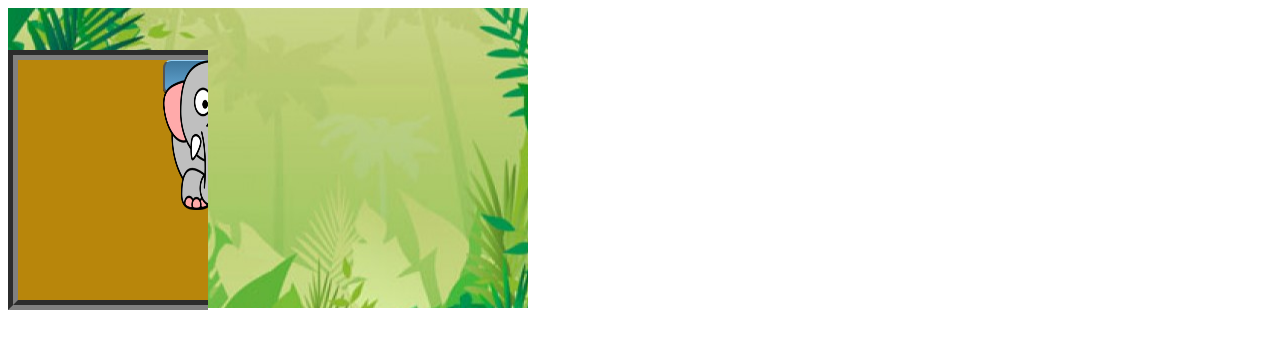
Repository: RathipriyaChandrasekaran/dotlite
Page: ConnectDots/menupage.html
These files come from the project's save history. The page is drawn as it stood at one moment and after the next save; the edit follows.
The browser window is 1280 px wide. The pictures show the whole page.

Above is the page before, as saved 2014-12-14 19:24:56.

### ConnectDots/menupage.html
<!DOCTYPE html>
<html>
<head>
     <meta charset="utf-8" />
     <meta name="viewport" content="width=device-width, initial-scale=1.0, maximum-scale=1.0">
     <link rel="stylesheet" type="text/css" href="css/menupage.css"/>
     <script src="js/main.js"></script>
</head>
<body>

 <div id="scroll" class="scope" >

   <div id="filmstrip" class="filmstrip" style= "width:1500px !important;">
    <div id="animallearning" class="scrollable" onclick="animalpage()">
     <img src="images/elephants.png"></img>
     <button class="button" style="width:110px !important;" >Animals</button>
    </div>
    <div id="musiclearning" class="scrollable">
     <img src="images/guitar.png"></img>
     <button class="button" style="width:110px !important;" >Music</button>
    </div>
    <div id="fruitslearning" class="scrollable">
     <img src="images/fruits.png"></img>
     <button class="button" style="width:110px !important;">Fruits</button>
    </div>

   </div>
 </div>
 <canvas id="canvas" width="520px" height="300px"></canvas>



 <script>
 var points=new Array();
 var canvas = document.getElementById('canvas');
 var context = canvas.getContext('2d');
 var height = 300;
 var width = 520;

 context.beginPath();
 context.rect(1, 1, width, height);
 context.fill();
 context.lineWidth = 1;
 context.strokeStyle = 'black';
 context.stroke();

 function loadCanvas(dataURL, _cb) {

     // load image from data url
     var imageObj = new Image();
     imageObj.onload = function() {
         var imgWidth = this.width;
         var imgHeight = this.height;
         var posX = (width - imgWidth)/2;
         var posY = (height - imgHeight)/2;
         context.drawImage(this, -5, posY + 10);
         if (_cb) _cb();
     };

     imageObj.src = dataURL;
 }

loadCanvas("images/jungle.png", function() {

});

function animalpage(){
	window.location.href="animals.html";
}


 </script>
</body>
</html>

### ConnectDots/css/menupage.css
.scope{
     position: absolute;
     top: 50px;
     width:200px;
     overflow-x:scroll;
     overflow-y:hidden;
   }

.scrollable{
      cursor: pointer;
      background-color: #B8860B;
      width: 400px;
      height: 240px;
      position: relative;
      border: 10px solid grey;
      border-style: groove;
    }


.filmstrip>div {
  width:400px !important;
  display:inline-block;
  text-align:center;
}
img{
	position: absolute;
	width:100px;
	height: 150px;
}
.button {
   border-top: 1px solid #96d1f8;
   background: #D2691E;
   background: -webkit-gradient(linear, left top, left bottom, from(#3e779d), to(#65a9d7));
   background: -webkit-linear-gradient(top, #3e779d, #65a9d7);
   background: -moz-linear-gradient(top, #3e779d, #65a9d7);
   background: -ms-linear-gradient(top, #3e779d, #65a9d7);
   background: -o-linear-gradient(top, #3e779d, #65a9d7);
   padding: 5px 10px;
   -webkit-border-radius: 8px;
   -moz-border-radius: 8px;
   border-radius: 8px;
   -webkit-box-shadow: rgba(0,0,0,1) 0 1px 0;
   -moz-box-shadow: rgba(0,0,0,1) 0 1px 0;
   box-shadow: rgba(0,0,0,1) 0 1px 0;
   text-shadow: rgba(0,0,0,.4) 0 1px 0;
   color: white;
   font-size: 16px;
   font-family: Georgia, serif;
   text-decoration: none;
   vertical-align: middle;
   }
.button:hover {
   border-top-color: #28597a;
   background: #28597a;
   color: #ccc;
   }
.button:active {
   border-top-color: #1b435e;
   background: #D2691E;
   }

### ConnectDots/js/main.js
var startTime;
var checkTime;

//Initialize function
var init = function () {
	// TODO:: Do your initialization job
	console.log("init() called");

	// add eventListener for tizenhwkey
	document.addEventListener('tizenhwkey', function(e) {
		if(e.keyName == "back") {
			try {
				tizen.application.getCurrentApplication().exit();
			} catch (error) {
				console.error("getCurrentApplication(): " + error.message);
			}
		}
	});
};
// window.onload can work without <body onload="">
window.onload = init;

function startTime() {
	var today = new Date();
	var h = today.getHours();

	var m = today.getMinutes();
	var s = today.getSeconds();
	m = checkTime(m);
	s = checkTime(s);
	document.getElementById('divbutton1').innerHTML="Current time: " + h + ":" + m + ":" + s;
	var t = setTimeout(startTime, 250);
}

function checkTime(i) {
	if (i < 10) {
		i="0" + i;
	}
	return i;
}

After the next save:
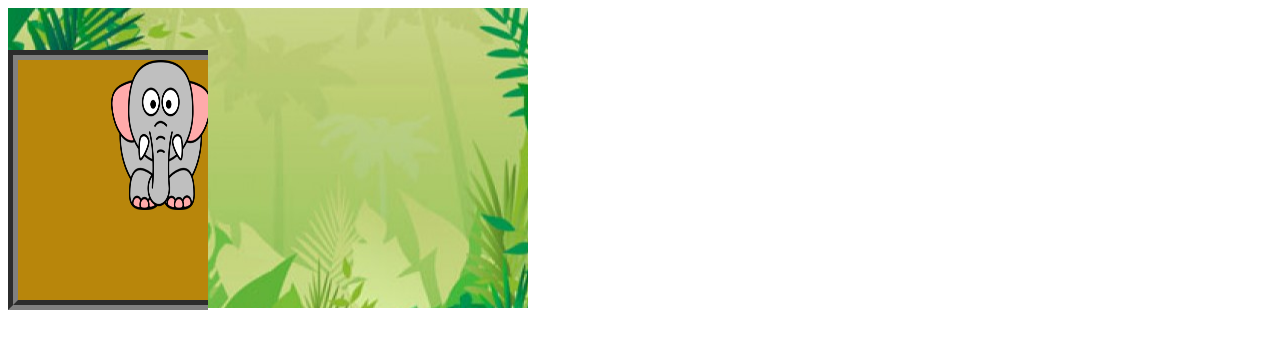
Saved 33 s later.
--- a/ConnectDots/css/menupage.css
+++ b/ConnectDots/css/menupage.css
@@ -23,7 +23,7 @@
   text-align:center;
 }
 img{
-	position: absolute;
+	position: relative;
 	width:100px;
 	height: 150px;
 }
